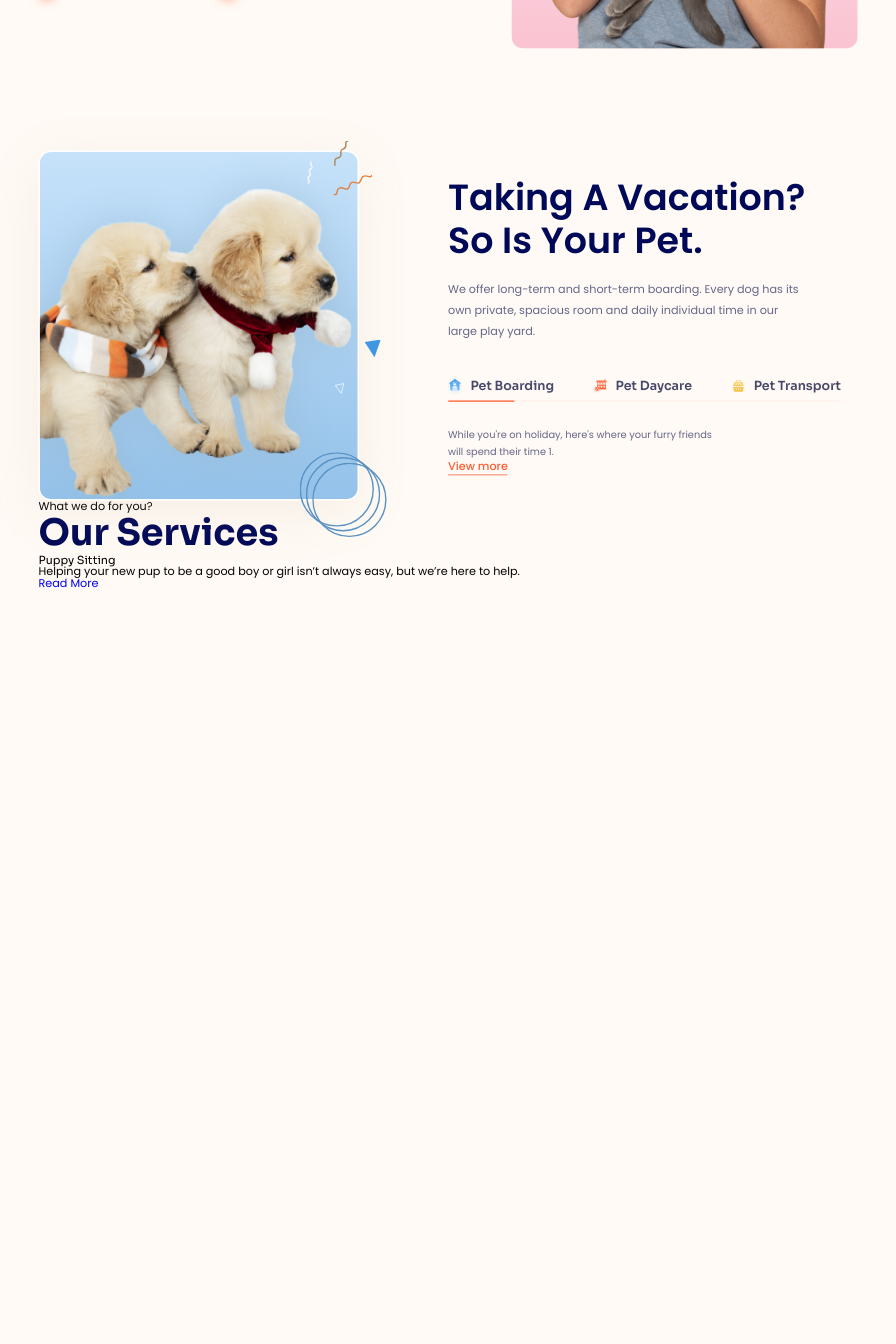
Repository: anhtien111198/f8-htmlcss-04
Page: index.html
The author's editor kept a copy of each file at every save. The page is drawn from the files as they stood at one save, then again after the next save.
The browser window is 1280 px wide. The pictures show the part of the page from y = 1380 to 3300 px (the page is 5000 px tall), at 70% of full size.

Above is the page before, as saved 2023-05-18 17:14:34.

After the next save:
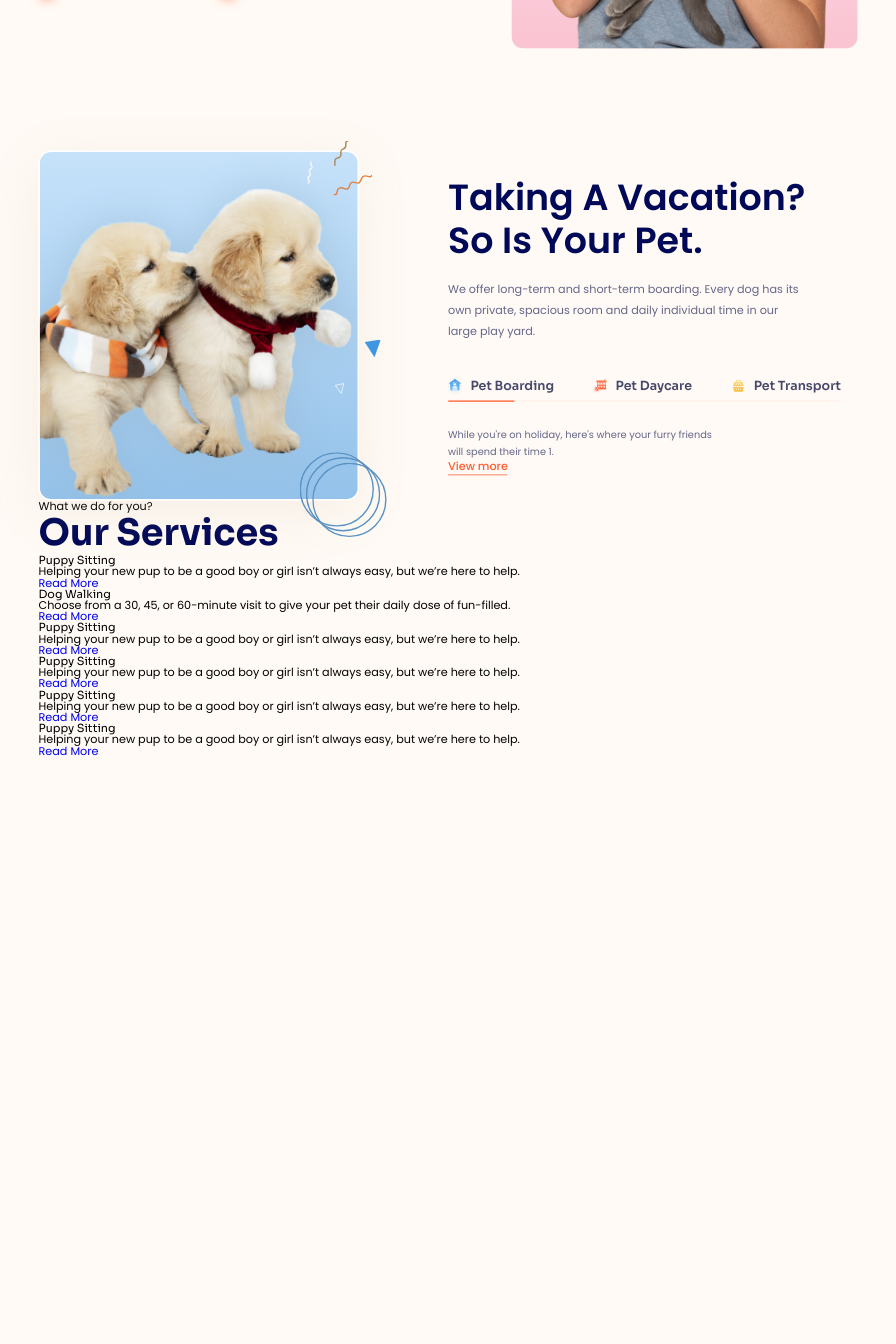
Saved 81 s later.
--- a/index.html
+++ b/index.html
@@ -439,6 +439,7 @@
                     </section>
                     <div class="service__body">
                         <div class="service__column">
+                            <!-- service item 1 -->
                             <article class="service-item">
                                 <h3 class="service-item__heading">
                                     Puppy Sitting
@@ -452,9 +453,80 @@
                                     Read More
                                 </a>
                             </article>
+                            <!-- service item 2 -->
+                            <article class="service-item">
+                                <h3 class="service-item__heading">
+                                    Dog Walking
+                                </h3>
+                                <p class="service-item__desc">
+                                    Choose from a 30, 45, or 60-minute visit to
+                                    give your pet their daily dose of
+                                    fun-filled.
+                                </p>
+                                <a href="#!" class="service-item__more">
+                                    Read More
+                                </a>
+                            </article>
+                            <!-- service item 1 -->
+                            <article class="service-item">
+                                <h3 class="service-item__heading">
+                                    Puppy Sitting
+                                </h3>
+                                <p class="service-item__desc">
+                                    Helping your new pup to be a good boy or
+                                    girl isn’t always easy, but we’re here to
+                                    help.
+                                </p>
+                                <a href="#!" class="service-item__more">
+                                    Read More
+                                </a>
+                            </article>
                         </div>
                         <div class="service__column"></div>
-                        <div class="service__column"></div>
+                        <div class="service__column">
+                            <!-- service item 1 -->
+                            <article class="service-item">
+                                <h3 class="service-item__heading">
+                                    Puppy Sitting
+                                </h3>
+                                <p class="service-item__desc">
+                                    Helping your new pup to be a good boy or
+                                    girl isn’t always easy, but we’re here to
+                                    help.
+                                </p>
+                                <a href="#!" class="service-item__more">
+                                    Read More
+                                </a>
+                            </article>
+                            <!-- service item 1 -->
+                            <article class="service-item">
+                                <h3 class="service-item__heading">
+                                    Puppy Sitting
+                                </h3>
+                                <p class="service-item__desc">
+                                    Helping your new pup to be a good boy or
+                                    girl isn’t always easy, but we’re here to
+                                    help.
+                                </p>
+                                <a href="#!" class="service-item__more">
+                                    Read More
+                                </a>
+                            </article>
+                            <!-- service item 1 -->
+                            <article class="service-item">
+                                <h3 class="service-item__heading">
+                                    Puppy Sitting
+                                </h3>
+                                <p class="service-item__desc">
+                                    Helping your new pup to be a good boy or
+                                    girl isn’t always easy, but we’re here to
+                                    help.
+                                </p>
+                                <a href="#!" class="service-item__more">
+                                    Read More
+                                </a>
+                            </article>
+                        </div>
                     </div>
                 </div>
             </section>
